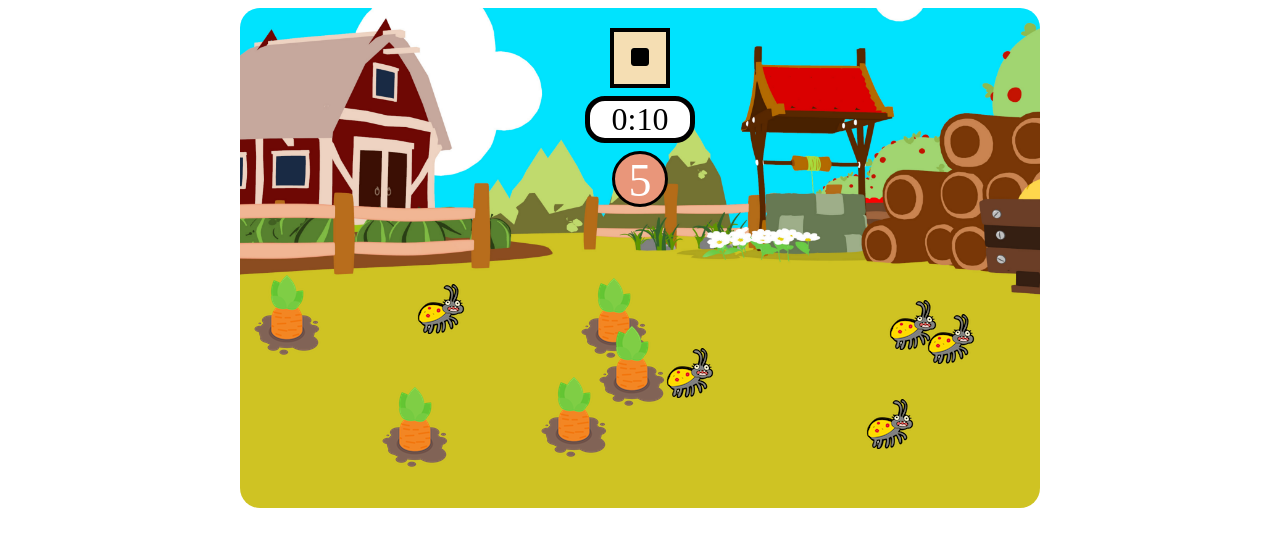
Repository: dhchun1203/browser-practice-works-
Page: carrot/index.html
An editor plug-in stored every save of this project. The page is shown before and after the next save, followed by the edit.
The browser window is 1280 px wide. The pictures show the whole page.
After loading, the first visible `button.game__button` was clicked once.
Some web libraries are served in a nearby version.

Above is the page before, as saved 2021-01-10 19:29:19.

### carrot/index.html
<!DOCTYPE html>
<html lang="en">
	<head>
		<meta charset="UTF-8" />
		<meta name="viewport" content="width=device-width, initial-scale=1.0" />
		<title>Carrot Game</title>
		<link rel="stylesheet" href="style.css" />
		<script
			src="https://kit.fontawesome.com/8b98a99811.js"
			crossorigin="anonymous"
		></script>
		<script src="main.js" defer></script>
	</head>
	<body>
		<section class="game">
			<header class="game__header">
				<button class="game__button">
					<i class="fas fa-play"></i>
				</button>
				<span class="game__timer">0:0</span>
				<span class="game__score">9</span>
			</header>
			<section class="game__field"></section>
		</section>

		<section class="pop-up pop-up--hide">
			<button class="pop-up__refresh">
				<i class="fas fa-redo"></i>
			</button>
			<span class="pop-up__message">Hello</span>
		</section>
	</body>
</html>

### carrot/style.css
button {
	border: none;
	outline: none;
	cursor: pointer;
}
body {
	text-align: center;
}
.game {
	display: flex;
	flex-direction: column;
	width: 800px;
	height: 500px;
	margin: auto;
	background: url(img/background.png) center/cover;
	border-radius: 20px;
}
.game__header {
	display: flex;
	flex-direction: column;
	align-items: center;
	padding: 20px;
}
.game__button {
	width: 60px;
	height: 60px;
	background-color: wheat;
	border: 4px solid black;
	font-size: 24px;
	transition: transform 300ms ease-in;
}
.game__button:hover {
	transform: scale(1.1);
}
.game__timer {
	width: 100px;
	background-color: white;
	text-align: center;
	border: 5px solid black;
	border-radius: 20px;
	font-size: 32px;
	margin-top: 8px;
	visibility: hidden;
}
.game__score {
	text-align: center;
	width: 50px;
	height: 50px;
	margin-top: 8px;
	font-size: 46px;
	border: 3px solid black;
	border-radius: 50%;
	background-color: darksalmon;
	color: white;
	visibility: hidden;
}
.game__field {
	position: relative;
	width: 100%;
	height: 100%;
	margin-top: 40px;
}
.pop-up {
	display: block;
	width: 400px;
	height: 140px;
	margin: auto;
	padding: 20px;
	background-color: rgba(0, 0, 0, 0.4);
	border-radius: 20px;
	color: white;
	text-align: center;
	transition: transform 300ms ease-in;
	transform: translateY(-150%);
}
.pop-up--hide {
	display: none;
}
.pop-up__refresh {
	width: 60px;
	height: 60px;
	font-size: 24px;
	background-color: wheat;
	border: 2px solid black;
	border-radius: 50%;
}
.pop-up__message {
	display: block;
	font-size: 38px;
}

### carrot/main.js
"use strict";

const CARROT__SIZE = 80;
const CARROT__COUNT = 5;
const BUG__COUNT = 5;
const GAME__DURATION_SEC = 5;

const field = document.querySelector(".game__field");
const fieldRect = field.getBoundingClientRect();
const gameBtn = document.querySelector(".game__button");
const gameTimer = document.querySelector(".game__timer");
const gameScore = document.querySelector(".game__score");

let started = false;
let score = 0;
let timer = undefined;

gameBtn.addEventListener("click", () => {
	if (started) {
		stopGame();
	} else {
		startGame();
	}
	started = !started;
	counter();
});

function startGame() {
	initGame();
	showStopButton();
	showTimerAndScore();
	startGameTimer(10);
}
function stopGame() {
	clearInterval(timer);
}

function showStopButton() {
	const icon = gameBtn.querySelector(".fa-play");
	icon.classList.add("fa-stop");
	icon.classList.remove("fa-play");
}
function showTimerAndScore() {
	gameTimer.style.visibility = "visible";
	gameScore.style.visibility = "visible";
}
function startGameTimer(sec) {
	timer = setInterval(function () {
		gameTimer.innerText = `0:${sec}`;
		sec--;
		if (sec < 0) {
			clearInterval(timer);
		}
	}, 1000);
}

function counter() {
	const carrotNum = document.querySelectorAll(".carrot");
	gameScore.innerText = `${carrotNum.length}`;
}

function initGame() {
	field.innerHTML = "";
	gameScore.innerText = CARROT__COUNT;
	addItem("carrot", CARROT__COUNT, "img/carrot.png");
	addItem("bug", BUG__COUNT, "img/bug.png");
}

function addItem(className, count, imgPath) {
	const x1 = 0;
	const y1 = 0;
	const x2 = fieldRect.width - CARROT__SIZE;
	const y2 = fieldRect.height - CARROT__SIZE;
	for (let i = 0; i < count; i++) {
		const item = document.createElement("img");
		item.setAttribute("class", className);
		item.setAttribute("src", imgPath);
		item.style.position = "absolute";
		const x = randomNumber(x1, x2);
		const y = randomNumber(y1, y2);
		item.style.left = `${x}px`;
		item.style.top = `${y}px`;
		field.appendChild(item);
	}
}

function randomNumber(min, max) {
	return Math.random() * (max - min) + min;
}

After the next save:
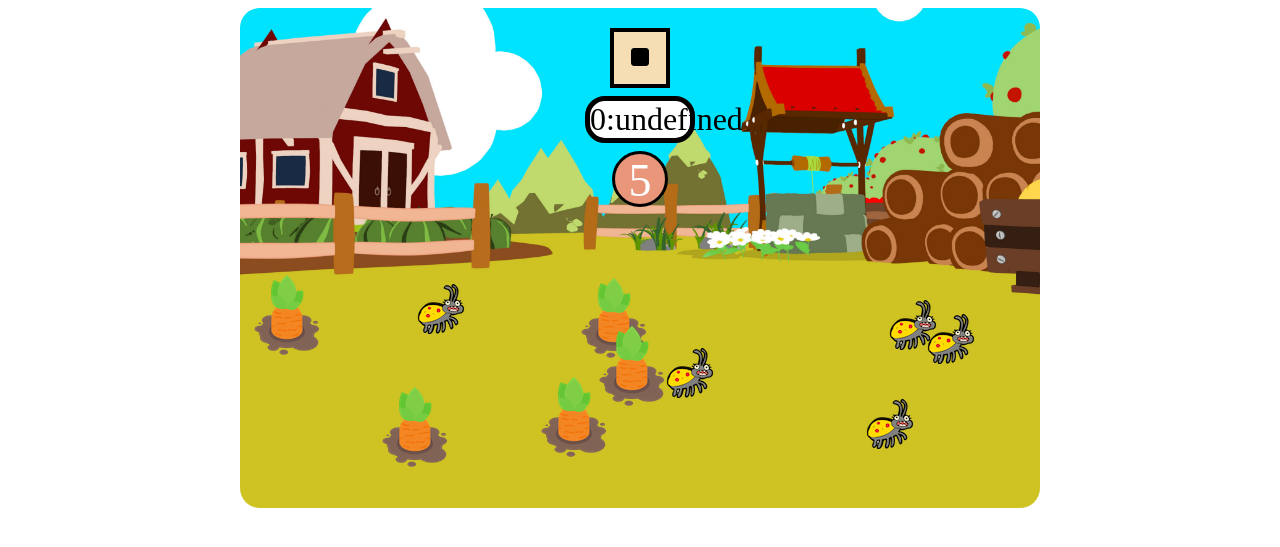
Saved 28 s later.
--- a/carrot/main.js
+++ b/carrot/main.js
@@ -29,7 +29,7 @@ function startGame() {
 	initGame();
 	showStopButton();
 	showTimerAndScore();
-	startGameTimer(10);
+	startGameTimer();
 }
 function stopGame() {
 	clearInterval(timer);
